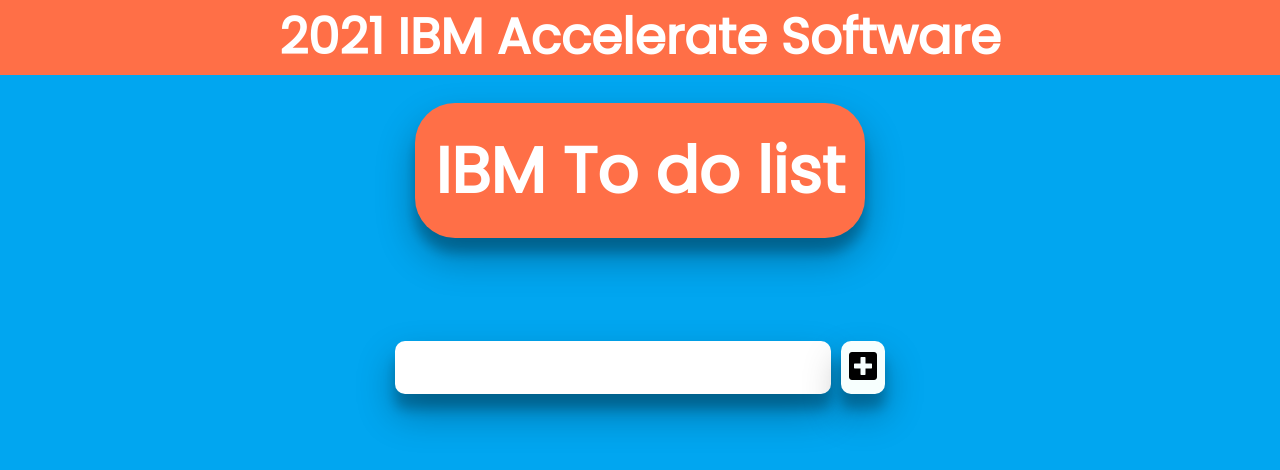
Repository: 2021-IBM-Accelerate-SW-Track/lab-1-team-34
Page: /
These files come from the project's save history. The page is drawn as it stood at one moment and after the next save; the edit follows.
The browser window is 1280 px wide. The pictures show the whole page.
Some web libraries are served in a nearby version. The project was rebuilt for these pictures with package versions that can differ from the ones it lists, and the page was loaded fresh each time. Also part of the build but not shown: src/components/Todo.js.

Above is the page before, as saved 2021-06-16 18:17:50.

### public/index.html
<!DOCTYPE html>
<html lang="en">
  <head>
    <meta charset="utf-8" />
    <link
      href="https://fonts.googleapis.com/css?family=Poppins&display=swap"
      rel="stylesheet"
    />
    <link
      rel="stylesheet"
      href="https://cdnjs.cloudflare.com/ajax/libs/font-awesome/5.12.1/css/all.min.css"
      integrity="sha256-mmgLkCYLUQbXn0B1SRqzHar6dCnv9oZFPEC1g1cwlkk="
      crossorigin="anonymous"
      <meta
      name="viewport"
      content="width=device-width, initial-scale=1"
    />
    <meta name="theme-color" content="#000000" />
    <meta
      name="description"
      content="Web site created using create-react-app"
    />
    <link rel="apple-touch-icon" href="%PUBLIC_URL%/logo192.png" />
    <!--
      manifest.json provides metadata used when your web app is installed on a
      user's mobile device or desktop. See https://developers.google.com/web/fundamentals/web-app-manifest/
    -->
    <link rel="manifest" href="%PUBLIC_URL%/manifest.json" />
    <!--
      Notice the use of %PUBLIC_URL% in the tags above.
      It will be replaced with the URL of the `public` folder during the build.
      Only files inside the `public` folder can be referenced from the HTML.

      Unlike "/favicon.ico" or "favicon.ico", "%PUBLIC_URL%/favicon.ico" will
      work correctly both with client-side routing and a non-root public URL.
      Learn how to configure a non-root public URL by running `npm run build`.
    -->
    <title>React App</title>
  </head>
  <body>
    <noscript>You need to enable JavaScript to run this app.</noscript>
    <div id="root"></div>
    <!--
      This HTML file is a template.
      If you open it directly in the browser, you will see an empty page.

      You can add webfonts, meta tags, or analytics to this file.
      The build step will place the bundled scripts into the <body> tag.

      To begin the development, run `npm start` or `yarn start`.
      To create a production bundle, use `npm run build` or `yarn build`.
    -->
  </body>
</html>

### src/App.js
import "./App.css";
import Form from "./components/form";
import React, { useState } from "react";
import List from "./components/list";
import Header from "./components/header";

function App() {
  const [inputText, setInputText] = useState("");
  const [todos, setTodos] = useState([]);
  return (
    <div className="App">
      <Header />
      <header>
        <h1 className="ibm-header">IBM To do list</h1>
      </header>
      <Form
        inputText={inputText}
        todos={todos}
        setTodos={setTodos}
        setInputText={setInputText}
      />
      <List setTodos={setTodos} todos={todos} />
    </div>
  );
}

export default App;

### src/App.css
=* {
  margin: 0;
  padding: 0;
  box-sizing: border-box;
}

.ibm-header {
  background-color: #ff6f47;
  padding: 20px;
  border-radius: 40px;
  box-shadow: rgba(0, 0, 0, 0.3) 0px 19px 38px,
    rgba(0, 0, 0, 0.22) 0px 15px 12px;
}

.App > header > .ibm-header {
  animation: floatY 2400ms ease-out infinite both;
}
@keyframes floatY {
  0%,
  100% {
    transform: translateY(0);
  }

  50% {
    transform: translateY(-20px);
  }
}
body {
  background-color: #01a6f0;
  color: white;
  font-family: "Poppins", sans-serif;
  min-height: 100vh;
}
header {
  font-size: 2rem;
}

header,
form {
  min-height: 20vh;
  display: flex;
  justify-content: center;
  align-items: center;
  border-radius: 10;
}
form input,
form button {
  padding: 0.5rem;
  font-size: 2rem;
  border: none;
  background: white;
  border-radius: 10px;
  box-shadow: rgba(0, 0, 0, 0.3) 0px 19px 38px,
    rgba(0, 0, 0, 0.22) 0px 15px 12px;
}
form button {
  color: #000000;
  background: #f7fffe;
  cursor: pointer;
  transition: all 0.3s ease;
  margin-left: 10px;
}
form button:hover {
  background: #1aff79;
  color: white;
}
.todo-container {
  display: flex;
  justify-content: center;
  align-items: center;
}

.todo-list {
  min-width: 30%;
  list-style: none;
}

.todo {
  margin: 0.5rem;
  background: white;
  font-size: 1.5rem;
  color: black;
  display: flex;
  justify-content: space-between;
  align-items: center;
  transition: all 1s ease;
}
.filter-todo {
  padding: 1rem;
}
.todo li {
  flex: 1;
}

.trash-btn,
.complete-btn {
  background: #ff6f47;
  color: white;
  border: none;
  padding: 1rem;
  cursor: pointer;
  font-size: 1rem;
}
.complete-btn {
  background: rgb(11, 212, 162);
}
.todo-item {
  padding: 0rem 0.5rem;
}

.fa-trash,
.fa-check {
  pointer-events: none;
}

.fall {
  transform: translateY(10rem) rotateZ(20deg);
  opacity: 0;
}

.completed {
  text-decoration: line-through;
  opacity: 0.5;
}

/*CUSTOM SELECTOR */
select {
  -webkit-appearance: none;
  -moz-appearance: none;
  -ms-appearance: none;
  appearance: none;
  outline: 0;
  box-shadow: none;
  border: 0 !important;
  background-image: none;
}

/* Custom Select */
.select {
  margin: 1rem;
  position: relative;
  overflow: hidden;
}
select {
  color: #ff6f47;
  font-family: "Poppins", sans-serif;
  cursor: pointer;
  width: 12rem;
}
/* Arrow */
.select::after {
  content: "\25BC";
  position: absolute;
  top: 0;
  right: 0;
  padding: 1rem;
  background: #ff6f47;
  cursor: pointer;
  pointer-events: none;
}
/* Transition */
/*
.select:hover::after {
  transform: scale(1.5);
}
*/

### src/components/form.js
import React from "react";

const form = ({ setInputText, todos, setTodos, inputText }) => {
  const inputTextHandler = (e) => {
    console.log(e.target.value);
    setInputText(e.target.value);
  };
  const submitTodoHandler = (e) => {
    e.preventDefault();
    setTodos([
      ...todos,
      { text: inputText, completed: false, id: Math.random() * 1000 },
    ]);
    setInputText("");
  };

  return (
    <form>
      <input
        value={inputText}
        onChange={inputTextHandler}
        //data testing
        data-testid="new-item-input"
        type="text"
        className="todo-input"
      />
      <button onClick={submitTodoHandler} className="todo-button" type="submit">
        <i className="fas fa-plus-square"></i>
      </button>
      {/* <div className="select">
        <select name="todos" className="filter-todo">
          <option value="all">All</option>
          <option value="completed">Completed</option>
          <option value="uncompleted">Uncompleted</option>
        </select>
      </div> */}
    </form>
  );
};

export default form;

### src/components/list.js
import React from "react";
import Todo from "./Todo";

const Todolist = ({ todos, setTodos }) => {
  return (
    <div className="todo-container">
      <ul className="todo-list">
        {todos.map((todo) => (
          <Todo
            key={todo.id}
            text={todo.text}
            setTodos={setTodos}
            todos={todos}
            todo={todo}
          />
        ))}
      </ul>
    </div>
  );
};

export default Todolist;

### src/components/header/index.js
import Header from "./header"

export default Header

### src/components/header/header.js
import "./header.css";
export default function Header() {
  return (
    <div className="header">
      2021 IBM Accelerate Software
    </div>
  );
}

### src/components/header/header.css
.header {
  font-size: 50px;
  background-color: #ff6f47;
  color: white;
  font-weight: bold;
  text-align: center;
}

Loaded but not shown: src/index.js (common file); src/index.css (common file); src/reportWebVitals.js (common file)

After the next save:
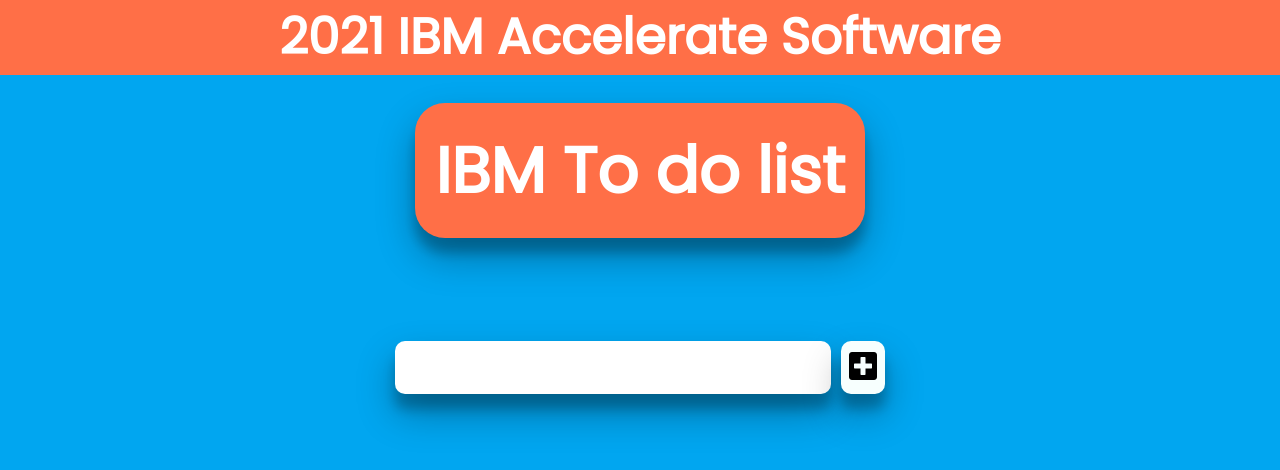
Saved 37 s later.
--- a/src/App.css
+++ b/src/App.css
@@ -7,7 +7,7 @@
 .ibm-header {
   background-color: #ff6f47;
   padding: 20px;
-  border-radius: 40px;
+  border-radius: 30px;
   box-shadow: rgba(0, 0, 0, 0.3) 0px 19px 38px,
     rgba(0, 0, 0, 0.22) 0px 15px 12px;
 }
